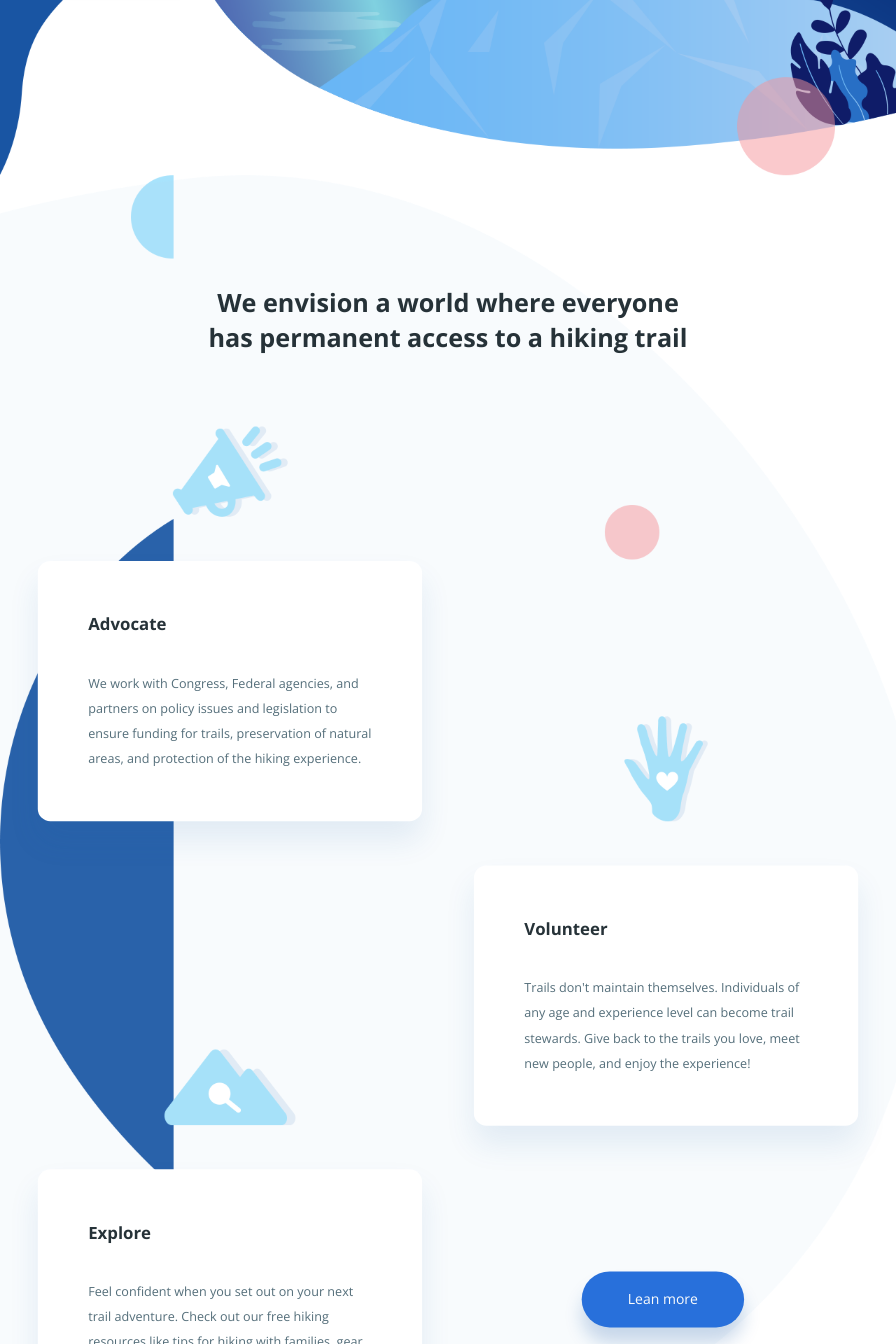
Repository: huubinh98/Project
Page: muncak/index.html
The author's editor kept a copy of each file at every save. The page is drawn from the files as they stood at one save, then again after the next save.
The browser window is 1280 px wide. The pictures show the part of the page from y = 776 to 2696 px (the page is 4779 px tall), at 70% of full size.

Above is the page before, as saved 2021-08-28 19:45:16.

### muncak/index.html
<!DOCTYPE html>
<html lang="en">

<head>
    <meta charset="UTF-8">
    <meta http-equiv="X-UA-Compatible" content="IE=edge">
    <meta name="viewport" content="width=device-width, initial-scale=1.0">
    <link rel="stylesheet" href="./style.css">
    <link rel="preconnect" href="https://fonts.googleapis.com">
    <link rel="preconnect" href="https://fonts.gstatic.com" crossorigin>
    <link href="https://fonts.googleapis.com/css2?family=Open+Sans:wght@300;400;600;700&display=swap" rel="stylesheet">
    <title>Muncak</title>
</head>

<body>
    <header class="header">
        <div class="container header-nav">
            <h1 class="logo"><a href="" class="logo-link"><img src="./image/Muncak.png" alt="" class="logo-img"></a>
            </h1>
            <ul class="nav-list">
                <li class="nav-item">
                    <a href="" class="nav-item-link">Home</a>
                </li>
                <li class="nav-item">
                    <a href="" class="nav-item-link">Go Hiking</a>
                </li>
                <li class="nav-item">
                    <a href="" class="nav-item-link">About</a>
                </li>
                <li class="nav-item">
                    <a href="" class="nav-item-link nav-highlight">Login</a>
                </li>
            </ul>
        </div>
        <div class="container-small">
            <h1 class="heading-banner">Lets get the top of Moutain</h1>
            <p class="heading-desc">Here is the hiking information you need to decide
                if it is right for you, and to make it more interesting,
                enjoyable, and safe.</p>
            <a href="#" class="btn c"> Get Started</a>
        </div>
    </header>
    <section class="about">
        <div class="container-small about-wrap">
            <h2 class="heading-name hearding-name-about">We envision a world where everyone
                has permanent access to a hiking trail</h2>
            <div class="about-item">
                <img src="./image/loa.png" alt="loa" class="about-img">
                <div class="about-content">
                    <h4 class="about-content-heading">Advocate</h4>
                    <p class="about-content-desc">We work with Congress, Federal agencies, and partners on policy issues
                        and legislation to ensure funding for trails, preservation of natural areas, and protection of
                        the hiking experience.</p>
                </div>
            </div>
            <div class="about-item">
                <img src="./image/bantay.png" alt="loa" class="about-img">
                <div class="about-content">
                    <h4 class="about-content-heading">Volunteer </h4>
                    <p class="about-content-desc">Trails don't maintain themselves. Individuals of any age and
                        experience level can become trail stewards. Give back to the trails you love, meet new people,
                        and enjoy the experience!</p>
                </div>
            </div>
            <div class="about-item">
                <img src="./image/nui.png" alt="loa" class="about-img">
                <div class="about-content">
                    <h4 class="about-content-heading">Explore</h4>
                    <p class="about-content-desc">Feel confident when you set out on your next trail adventure. Check
                        out our free hiking resources like tips for hiking with families, gear checklists, finding the
                        best trail for you.</p>
                </div>
            </div>
            <a href="" class="btn btn-about">Lean more</a>
        </div>
        <div class="container-small about-custumer">
            <h2 class="heading-name">With the support of our members, and partners, we've improved trail access for millions of people</h2>
            <div class="customer-content">
                <p class="customer-text">We’ve Mobilized <span>558,768</span> Trail Volunteers</p>
                <p class="customer-text">We’ve Facilitated <span>41,146</span>
                    Miles of Trail Maintenance & Construction</p>
                <p class="customer-text">Volunteers Have Contributed <span>$108 Milion</span> in Volunteer Labor</p>
            </div>
        </div>
    </section>

    <!-- -----------new--------------- -->
    <section class="new">
        <div class="container-small">
            <h2 class="heading-name">Protecting Trails: Current News and Issues</h2>
            <div class="new-content">
                <div class="new-item">
                    <a href="#" class="new-item-link">
                        <img src="./image/pic1.jpg" alt="pic1" class="new-item-img">
                    </a>
                    <div class="new-item-text">
                        <h3 class="new-item-name">2,802 Miles of Trail to be Improved on International Trails Day</h3>
                        <p class="new-item-desc">On June 2, 2018, people across the worldwill come together to
                            collectively improve 2,802 miles of trail—the distance across the world—during International
                            Trails Day. Muncak invites hikers, cyclists,…</p>
                        <a href="#" class="new-item-link">Read More</a>
                    </div>
                </div>
                <div class="new-item">
                    <a href="#" class="new-item-link">
                        <img src="./image/pic2.jpg" alt="pic1" class="new-item-img">
                    </a>
                    <div class="new-item-text">
                        <h3 class="new-item-name">Four Ways to Celebrate International Trails Day on a Bicycle</h3>
                        <p class="new-item-desc">There are many ways to celebrate the International Trails Day on June 2. It’s even possible to participate on a bicycle. And if you go on a bike overnight trip during International Trails Dayyou will simultaneously…</p>
                        <a href="#" class="new-item-link">Read More</a>
                    </div>
                </div>
                <div class="new-item">
                    <a href="#" class="new-item-link">
                        <img src="./image/pic3.jpg" alt="pic1" class="new-item-img">
                    </a>
                    <div class="new-item-text">
                        <h3 class="new-item-name">Millennials are the Future of our Trails</h3>
                        <p class="new-item-desc">The smell of fresh dew is a welcome scent, as the crunch of my boots melds with the sound of the birds singing their morning song. It’s early and I am wearing layers, but it won’t be long until they are peeled away to adapt to the summer…</p>
                        <a href="#" class="new-item-link">Read More</a>
                    </div>
                </div>
            </div>
        </div>
    </section>

    <div class="contact-footer">
        <div class="container">
            <h5 class="contact-heading">Receive the latest updates on how to protect trails.
                Subscribe to the monthly edition of Paperless Trails.</h5>
            <form action="">
                <input type="text" name="Name" id="" class="form-input">
                <input type="text" name="Email" id="" class="form-input">
                <button type="submit">Subscribe</button>
            </form>
        </div>
        <footer class="footer container">
            <div class="footer-info">
                <div class="footer-item">
                    <h4>Contact US</h4>
                    <p>Muncak hiking society
                        8605 Second Ave.
                        Silver Spring, MD 20910</p>
                    <p>
                        <span>Info@muncak.org</span>
                        <span>1-301-565-6704 (Main)</span>
                        <span>1-800-972-8608 (Toll-free)</span>
                    </p>
                </div>
                <div class="footer-item">
                    <h4>About us</h4>
                    <ul>
                        <li>
                            <a href="">Our Mission</a>
                        </li>
                        <li>
                            <a href="">Our Team</a>
                        </li>
                        <li>
                            <a href="">Corporate Sponsors</a>
                        </li>
                        <li>
                            <a href="">Financials</a>
                        </li>
                        <li>
                            <a href="">Media Center</a>
                        </li>
                    </ul>
                </div>
                <div class="footer-item">
                    <h4>Our Programs</h4>
                    <ul>
                        <li>
                            <a href="">Hike The Hill</a>
                        </li>
                        <li>
                            <a href="">Volunteer Vacations</a>
                        </li>
                        <li>
                            <a href="">Alternative Break</a>
                        </li>
                    </ul>
                </div>
                <div class="footer-item">
                    <h4>support trails</h4>
                    <ul>
                        <li>
                            <a href="">Donate</a>
                        </li>
                        <li>
                            <a href="">Individual Membership</a>
                        </li>
                        <li>
                            <a href="">Gift membership</a>
                        </li>
                        <li>
                            <a href="">Hiker Store</a>
                        </li>
                    </ul>
                </div>
                <div class="footer-item">
                    <h4>hiking resources</h4>
                    <ul>
                        <li>
                            <a href="">Hikes Near You</a>
                        </li>
                        <li>
                            <a href="">Hiking 101</a>
                        </li>
                        <li>
                            <a href="">Muncak Blog</a>
                        </li>
                        <li>
                            <a href="">Hiking Organizations</a>
                        </li>
                    </ul>
                </div>
            </div>
            <ul class="socical">
                <li class="socical-item">
                    <a href="" class="socical-item-link">
                        <img src="./image/instar.png" alt="" class="socical-item-img">
                    </a>
                </li>
                <li class="socical-item">
                    <a href="" class="socical-item-link">
                        <img src="./image/facebook.png" alt="" class="socical-item-img">
                    </a>
                </li>
                <li class="socical-item">
                    <a href="" class="socical-item-link">
                        <img src="./image/tiwer.png" alt="" class="socical-item-img">
                    </a>
                </li>
            </ul>
        </footer>
    </div>
</body>

</html>

### muncak/style.css
* {
    margin: 0;
    padding: 0;
    box-sizing: border-box;
}

html {
    font-size: 62.5%;
    line-height: 1.6rem;
    font-family: 'Open Sans', sans-serif;
    scroll-behavior: smooth;
}

ul, li {
    list-style: none;
}

a {
    text-decoration: none;
}

.container {
    max-width: 1404px;
    width: 100%;
    margin: 0 auto;
}

.container-small {
    max-width: 1172px;
    width: 100%;
    margin: 0 auto;
}

.btn {
    font-size: 2rem;
    line-height: 8rem;
    color: #fbfcfc;
    background-color: #2870db;
    border-radius: 40px;
    display: inline-block;
    padding: 0 66px;
    box-shadow: 0 22px 24px rgba(17, 83, 165, 0.21);
    transition: 0.25s ease;
}

.heading-name {
    font-size: 3.6rem;
    line-height: 5rem;
    text-align: center;
    margin: 0 auto;
    color: #263238;
    margin-bottom: 101px;
    max-width: 1000px;
}

.btn:hover {
    background-color: #1153a5;
}

/* ----------------------- */

.header {
    margin: 0 auto;
    max-width: 1900px;
    height: 1026px;
    background-color: white;
    background-image: url(./image/backgroudleft1.png), url(./image/Muncak-Landing-Page.png);
    background-position: left bottom, right top;
    background-repeat: no-repeat, no-repeat;
}

.header-nav {
    display: flex;
    justify-content: space-between;
    padding-top: 85px;
}

.logo{

}
.logo-link{

}
.logo-img{

}
.nav-list{

}
.nav-item{
    display: inline-block;
}
.nav-item-link{
    font-size: 1.8rem;
    font-weight: 400;
    line-height: 3.6rem;
    color: #fff;
    padding: 0 36px;
    display: inline-block;
}

.nav-highlight {
    background-color: #fff;
    color: #14215e;
    border-radius: 14px;
}

.heading-banner {
    font-size: 5rem;
    line-height: 6rem;
    color: #1c2056;
    margin-top: 144px;
    max-width: 400px;
}

.heading-desc {
    font-size: 1.8rem;
    line-height: 4rem;
    color: rgba(45, 32, 88, 0.65);
    max-width: 400px;
    margin-top: 43px;
    margin-bottom: 103px;
}

.btn-heading {
    margin-bottom: 310px;
}


/* -----------about---------------- */
.about {
    padding-top: 158px;
    background-image: url(./image/backgroudleft2.png), url(./image/Muncak-Landing-Page2.png);
    background-repeat: no-repeat, no-repeat;
    background-position: left bottom right center;
}

.about-wrap {
    margin-bottom: 105px;
}

.hearding-name-about {
    max-width: 700px;
}

.about-item {
    margin-top: -150px;
    max-width: 549px;
}

.about-item:nth-child(2n + 1) {
    margin-left: auto;
}

.about-item:nth-child(2n + 2) {
    margin-top: -109px;
}

.about-item:first-of-type {
    margin-top: 0;
}

.about-img {
    display: block;
    margin: 0 auto;
    margin-bottom: 63px;
}

.about-content {
    padding: 72px;
    border-radius: 18px;
    background-color: #fff;
    box-shadow: 0 27px 43px rgb(32 94 171 / 10%);
}

.about-content-heading {
    font-size: 2.4rem;
    line-height: 3.6rem;
    color: #263238;
    padding-bottom: 48px;
}

.about-content-desc {
    font-size: 1.8rem;
    line-height: 3.6rem;
    color: #546e7a;
}

.btn-about {
    float: right;
    margin-right: 163px;
    margin-top: -226px;
}

/* -----------customer-------------- */

.about-custumer {
    margin-top: 105px;
}

.customer-content {
    display: flex;
    justify-content: space-between;
}

.customer-text {
    text-align: center;
    font-size: 2.2rem;
    line-height: 2.3rem;
    color: #263238;
}

.customer-text span {
    font-size: 3.6rem;
    display: block;
    color: #1a56a3;
    font-weight: 700;
    line-height: 3.4rem;
    padding: 34px 0;
}

After the next save:
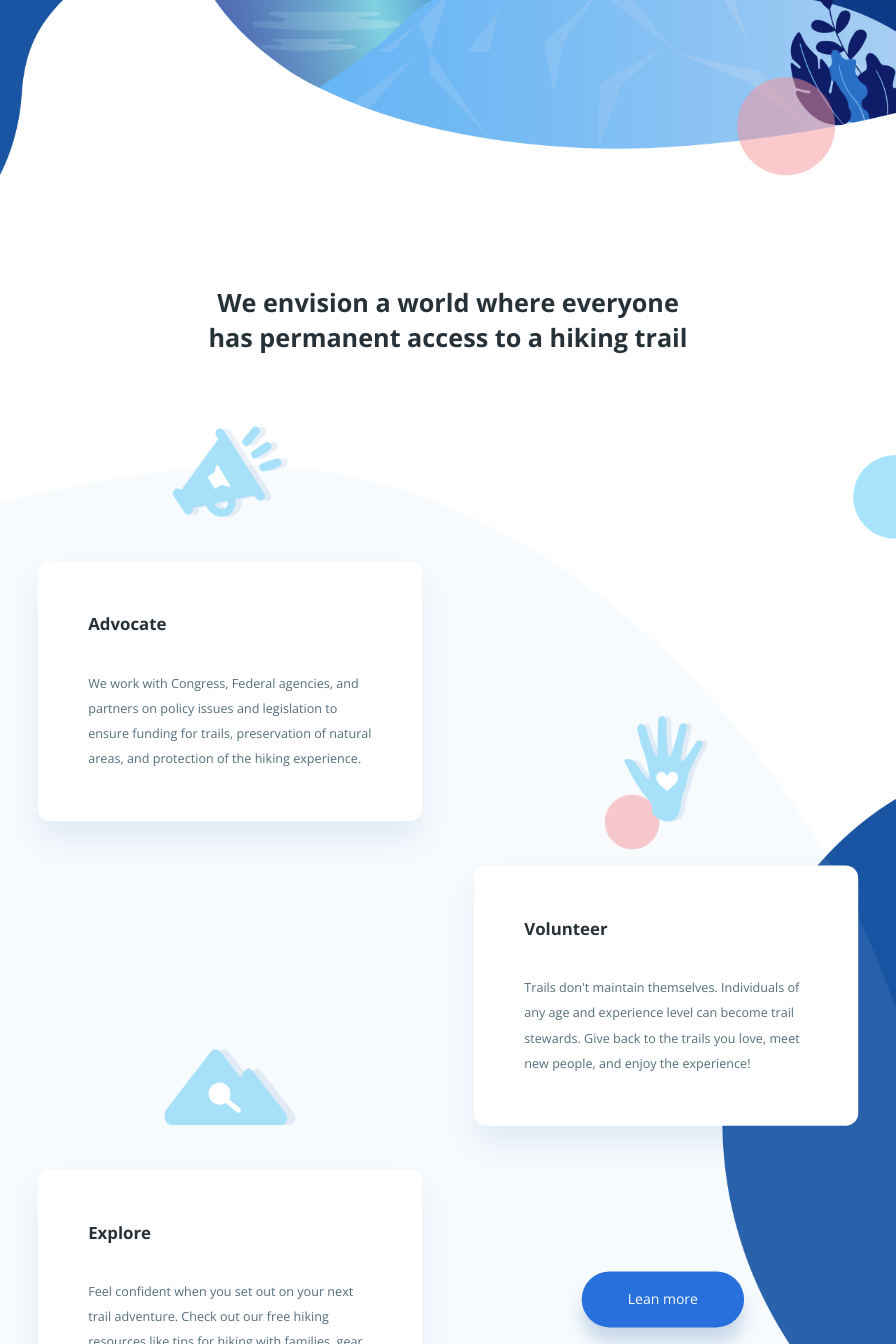
Saved 5 s later.
--- a/muncak/style.css
+++ b/muncak/style.css
@@ -132,7 +132,7 @@ a {
     padding-top: 158px;
     background-image: url(./image/backgroudleft2.png), url(./image/Muncak-Landing-Page2.png);
     background-repeat: no-repeat, no-repeat;
-    background-position: left bottom right center;
+    background-position: left bottom, right center;
 }
 
 .about-wrap {
